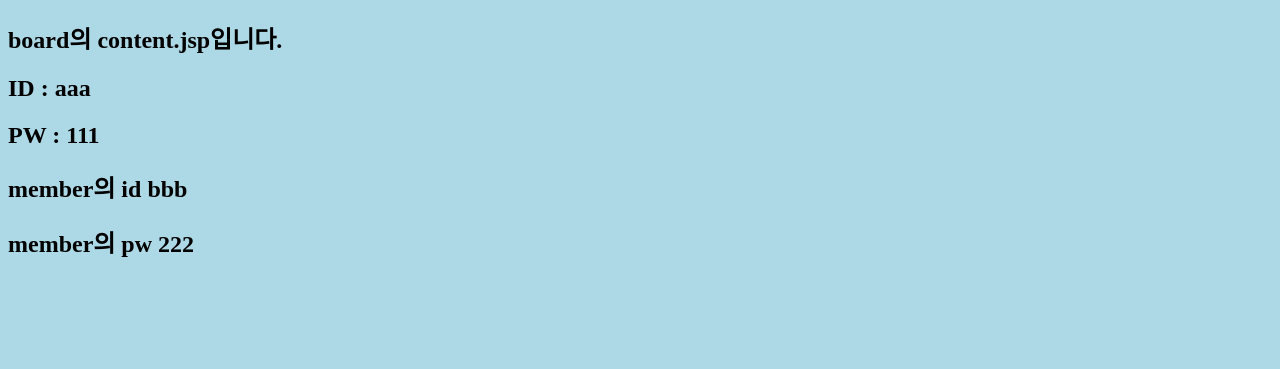
Repository: jim698/Practice
Page: http://localhost/ch09_controller/board/content
These files come from the project's save history. The page is drawn as it stood at one moment and after the next save; the edit follows.
The browser window is 1280 px wide. The pictures show the whole page.
The page is served by Tomcat 9. Other server files are loaded and not shown.

Above is the page before, as saved 2020-03-27 07:57:23.

### ch09_controller/src/main/webapp/WEB-INF/views/board/content.jsp
<%@ page language="java" contentType="text/html; charset=UTF-8"
    pageEncoding="UTF-8"%>
<%@ taglib prefix="c" uri="http://java.sun.com/jsp/jstl/core"  %>
<c:set var="conPath" value="${pageContext.request.contextPath }"/>
<!DOCTYPE html>
<html>
<head>
<meta charset="UTF-8">
<title>Insert title here</title>
<link href="${conPath }/css/style.css" rel="stylesheet">
</head>
<body>

	<h2>board의 content.jsp입니다.</h2>
	<h2>ID : ${id }</h2>
	<h2>PW : ${pw }</h2>
	<h2>member의 id ${member.id }</h2> <!-- member.id가 가능한 이유는 member dto에 getter 설정을 해놔서~ -->
	<h2>member의 pw ${member.pw }</h2>
</body>
</html>

### ch09_controller/src/main/java/com/tj/ch09/dto/Member.java
package com.tj.ch09.dto;

public class Member {
	private String id;
	private String pw;

	public Member(String id, String pw) {
		this.id = id;
		this.pw = pw;
	}

	public String getId() {
		return id;
	}

	public String getPw() {
		return pw;
	}

}

### ch09_controller/src/main/webapp/css/style.css
@charset "UTF-8";
body{
	background-color: lightblue;
}

After the next save:
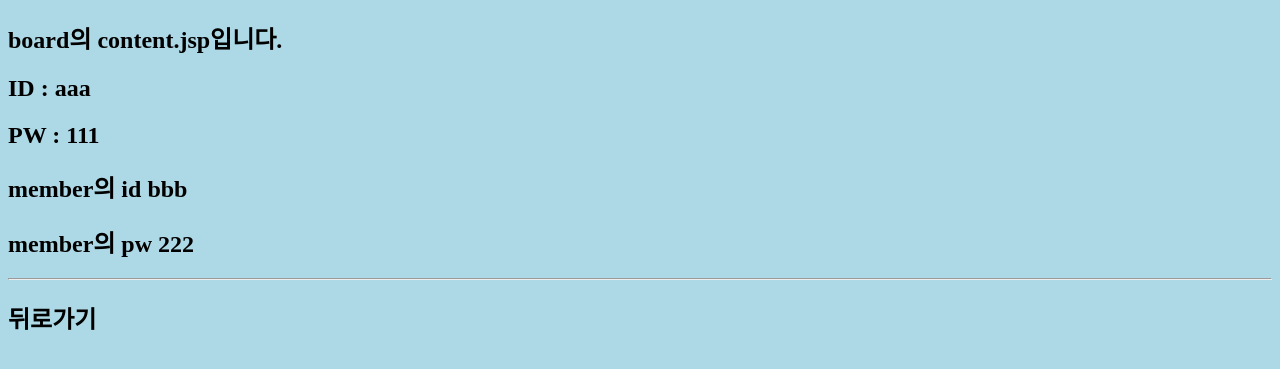
Saved 47 s later.
--- a/ch09_controller/src/main/webapp/WEB-INF/views/board/content.jsp
+++ b/ch09_controller/src/main/webapp/WEB-INF/views/board/content.jsp
@@ -16,5 +16,7 @@
 	<h2>PW : ${pw }</h2>
 	<h2>member의 id ${member.id }</h2> <!-- member.id가 가능한 이유는 member dto에 getter 설정을 해놔서~ -->
 	<h2>member의 pw ${member.pw }</h2>
+	<hr>
+	<h2><span onclick="history.back()">뒤로가기</span></h2>
 </body>
 </html>
